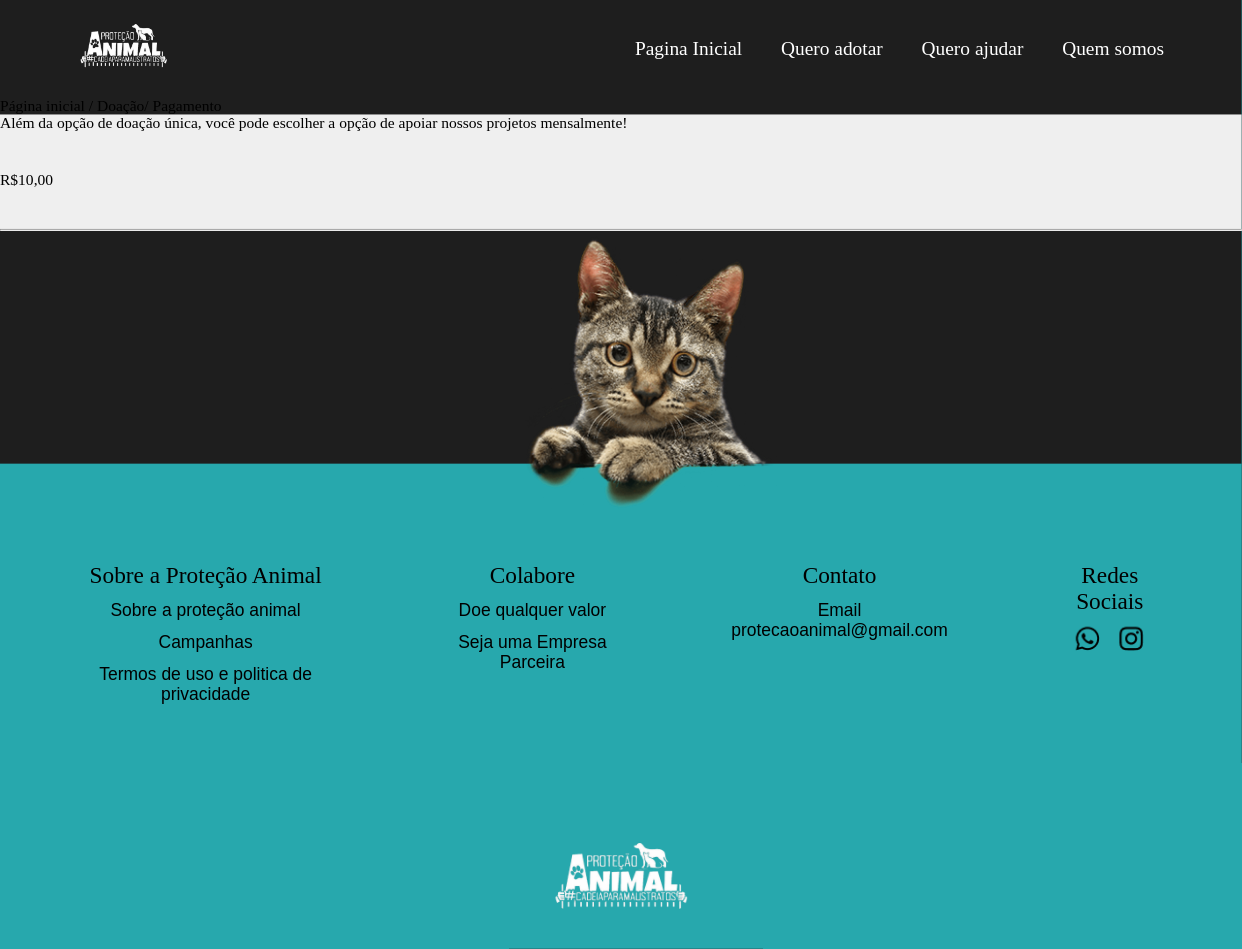
Repository: edjunior-nascimento/protecao-animal-web
Page: src/pages/formulario-doacao/index.html
An editor plug-in stored every save of this project. The page is shown before and after a run of saves, followed by the edit.
The browser window is 1280 px wide. The pictures show the whole page, at 97% of full size.

Above is the page before, as saved 2025-02-22 03:01:44.

### src/pages/formulario-doacao/index.html
<!DOCTYPE html>
<html lang="pt">

<head>
    <meta charset="UTF-8">
    <meta name="viewport" content="width=device-width, initial-scale=1.0">
    <title>Proteção Animal</title>
    <link rel="preconnect" href="https://fonts.googleapis.com" />
    <link rel="preconnect" href="https://fonts.gstatic.com" crossorigin />
    <meta name="viewport" content="width=device-width, initial-scale=1.0" />
    <link rel="stylesheet" href="./style.css" />
    <link>
</head>

<body>
    <header>
        <div><img class="logo" src="/src/pages/images/logo.png" alt="logo Protecao animal" /></div>
        <nav>
            <ul>
                <li>
                    <a href="#">
                        <p>Pagina Inicial</p>
                    </a>
                </li>
                <li>
                    <a href="#">
                        <p>Quero adotar</p>
                    </a>
                </li>
                <li>
                    <a href="#">
                        <p>Quero ajudar</p>
                    </a>
                </li>
                <li>
                    <a href="#">
                        <p>Quem somos</p>
                    </a>
                </li>
            </ul>
        </nav>
    </header>
    <div>
        <div class="title">
            <p>Página inicial / Doação/ Pagamento</p>
        </div>
        <main class="container">
            <div class="sub-title">
                <p>Além da opção de doação única, você pode escolher a opção de apoiar nossos projetos mensalmente!</p>
            </div>
            <div class="valor">
                <div class="parcela">

                </div>
                <div class="cota">

                </div>
                <nav>
                    <ul>
                        <li><span>R$10,00</span></li>
                        <li></li>
                        <li></li>
                        <li></li>
                        <li></li>
                        <li></li>
                    </ul>
                </nav>
                <div class="res"></div>
            </div>
            <hr>
    </div>
    </main>
    <div class="gato"><img src="/src/pages/images/gato.png" alt=""></div>
    <footer>
        <div class="footer-container">
            <div class="footer-primary">
                <div class="footer-section-1">
                    <div>
                        <h4>Sobre a Proteção Animal</h4>
                    </div>
                    <div>
                        <p><a href="">Sobre a proteção animal</a></p>
                    </div>
                    <div>
                        <p><a href="">Campanhas</a></p>
                    </div>
                    <div>
                        <p><a href="">Termos de uso e politica de privacidade</a></p>
                    </div>
                </div>
                <div class="footer-section-2">
                    <div>
                        <h4>Colabore</h4>
                    </div>
                    <div>
                        <p><a href="">Doe qualquer valor</a></p>
                    </div>
                    <div>
                        <p><a href="">Seja uma Empresa Parceira</a></p>
                    </div>
                </div>
                <div class="footer-section-3">
                    <div>
                        <h4>Contato</h4>
                    </div>
                    <div>
                        <p>Email</p>
                        <p><a href="mailto:protecaoanimal@gmail.com">protecaoanimal@gmail.com</a></p>
                    </div>
                </div>
                <div class="footer-section-4">
                    <div>
                        <h4>Redes Sociais</h4>
                    </div>
                    <div class="social-icons">
                        <div>
                            <a href=""><img src="/src/pages/images/whatsAppIcon.png" alt="" /></a>
                        </div>
                        <div>
                            <a href=""><img src="/src/pages/images/instagramIcon.png" alt="" /></a>
                        </div>
                    </div>
                </div>
            </div>
        </div>
        <div class="footer-secondary">
            <img src="/src/pages/images/logo.png" alt="" />
        </div>
    </footer>
</body>

</html>

### src/pages/formulario-doacao/style.css
:root {
    --main-bg-color: #1e1e1e;
    --title-color: #27a8ad;
    --subtitle-color: #ffffff;
    --box-color: #ffffff;
    --link-nav-color: #ffffff;
    --card-title-color: #27a8ad;
    --footer-background: #27a8ad;
    --footer-font-color: #000000;
    --maim-color: #EFEFEF;
  }

  * {
    height: max-content;
    font-family: "Jockey One", serif;
    font-style: normal;
    margin: 0px;
    padding: 0px;
  }

  body {
    background-color: var(--main-bg-color);

  }

  a {
    text-decoration: none;
  }

  header {
    height: 100px;
    display: flex;
    flex-direction: row;
    justify-content: space-between;
    padding-inline: 80px
  }
  header div {
    display: flex;
    align-items: center;
  }
  .logo {
    height: 95px;
    width: auto;
  }
  nav {
    width: auto;
    height: 100px;
    display: flex;
    align-items: center;
  }

  nav ul {
    list-style-type: none;
    display: flex;
    gap: 40px;
  }

  nav ul li a {
    color: var(--link-nav-color);
    font-size: 20px;
    font-weight: 400;
  }
main {
  background-color:var(--maim-color) ;
}





  .gato {
    margin-left: 42%;
    margin-bottom: -25px;
    height: 265px;
    max-width: auto;}

  footer {
    height: 500px;
    max-height: auto;
    background-color: var(--footer-background);
    padding-inline: 80px;
  }

  .footer-container {
      width: auto;
      height: 70%;
      display: flex;
      align-items: center;
      justify-content: center;
  }

  .footer-primary {
    display: flex;
    flex-direction: row;
    gap: 111px;
    align-items: flex-start;
    justify-content: center;
  }

  .footer-primary p a {
      color: var(--footer-font-color);
      font-family: "Arial", sans-serif;
  }

  .footer-primary h4 {
    font-size: 24px;
    font-weight: 400;
  }

  .footer-primary p {
      font-size: 18px;
      font-weight: 400;
      font-family: "Arial", sans-serif;
  }

  .footer-secondary {
    width: auto;
    height: 30%;
    display: flex;
    align-items: center;
    justify-content: center;
  }

  .footer-secondary img {
      height: 145px;
      width: auto
  }

  .footer-section-1, .footer-section-2, .footer-section-3, .footer-section-4 {
      display: flex;
      flex-direction: column;
      text-align: center;
      gap: 12px;
  }

  .footer-section-4 {
      align-items: center;
  }

  .social-icons {
      display: flex;
      flex-direction: row;
      gap: 20px;
  }

After the next 4 saves:
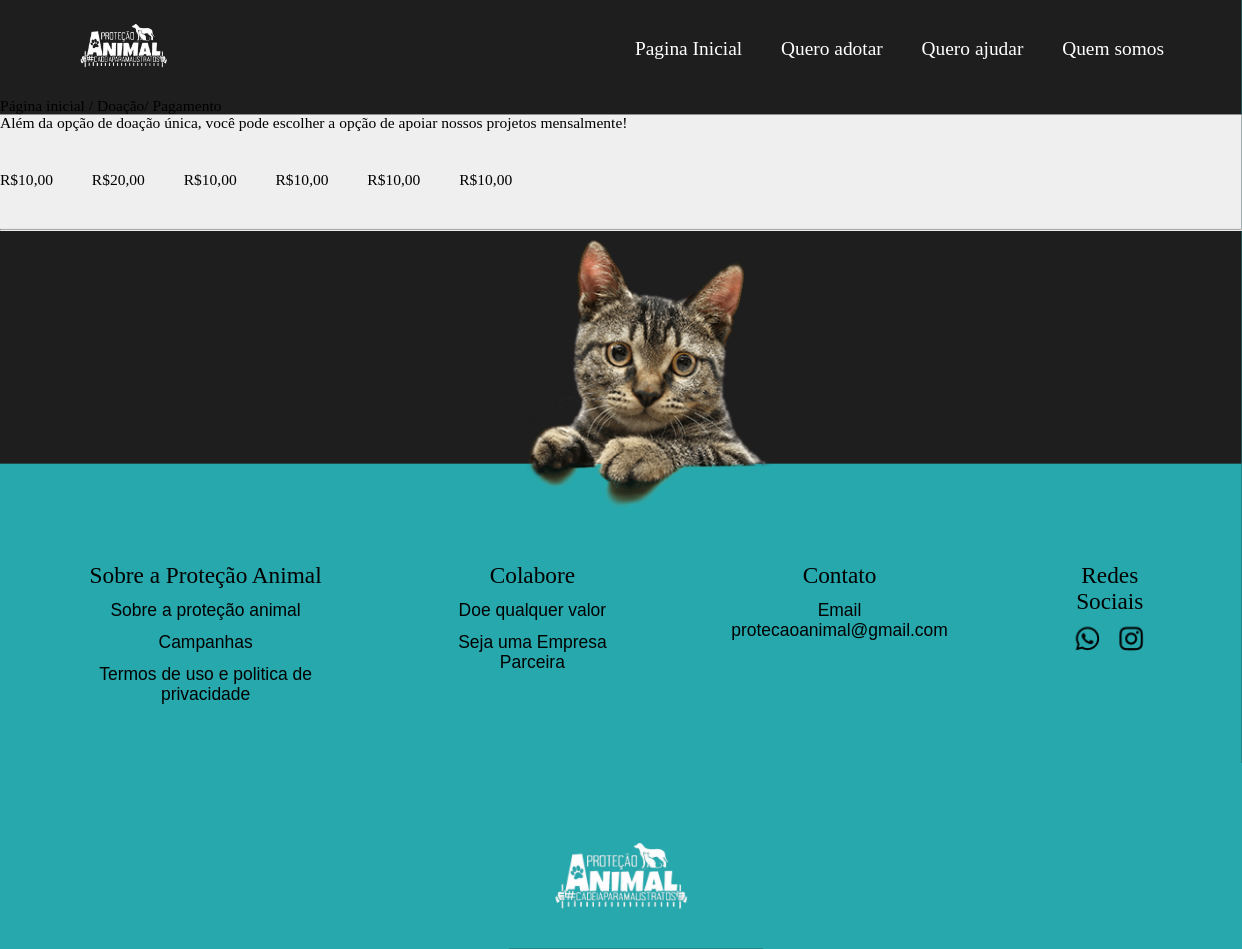
The 4 saves are shown as one change because they came seconds apart.
The last was saved 29 s later.
--- a/src/pages/formulario-doacao/index.html
+++ b/src/pages/formulario-doacao/index.html
@@ -58,11 +58,11 @@
                 <nav>
                     <ul>
                         <li><span>R$10,00</span></li>
-                        <li></li>
-                        <li></li>
-                        <li></li>
-                        <li></li>
-                        <li></li>
+                        <li><span>R$20,00</span></li>
+                        <li><span>R$10,00</span></li>
+                        <li><span>R$10,00</span></li>
+                        <li><span>R$10,00</span></li>
+                        <li><span>R$10,00</span></li>
                     </ul>
                 </nav>
                 <div class="res"></div>
